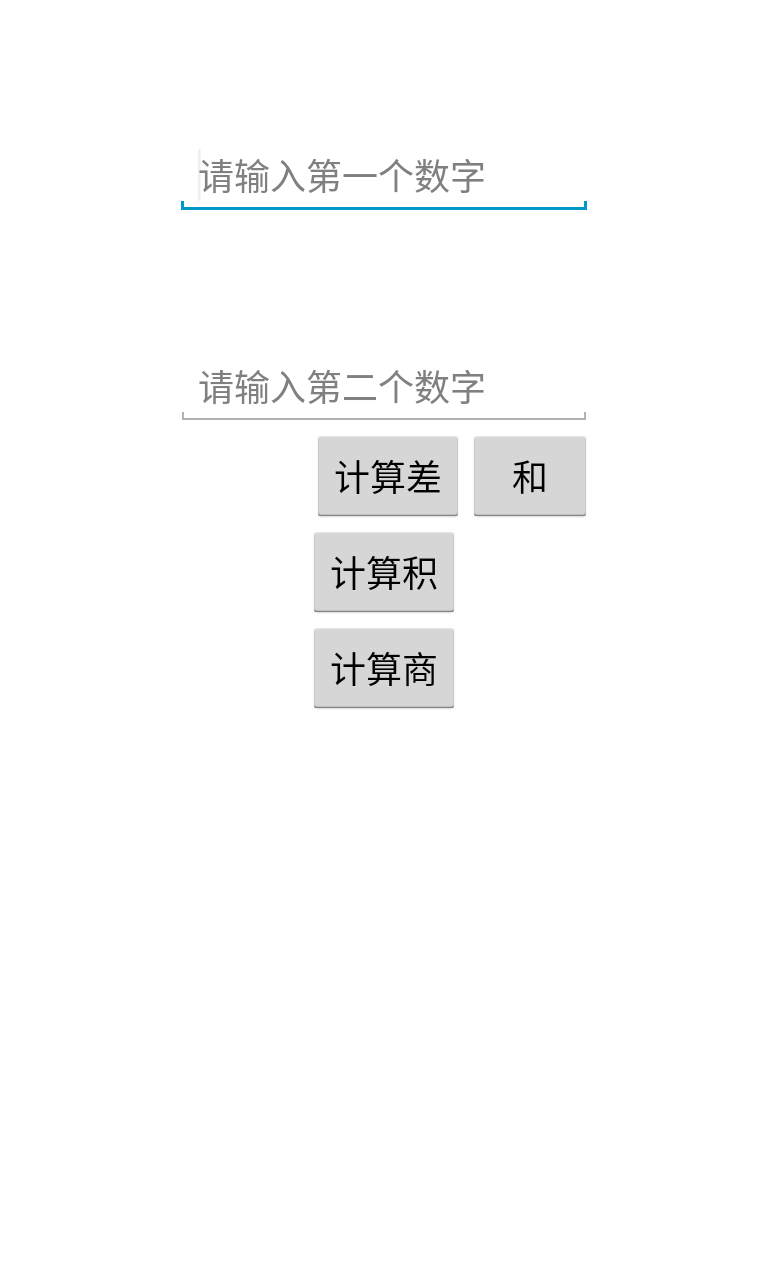
Repository: KungW/windows_learn_java_track
Layout: Caculator/res/layout/activity_main.xml
The author's editor kept a copy of each file at every save. The layout is drawn from the files as they stood at one save, then again after the next save.
It is drawn on a 768 x 1280 px phone screen (xhdpi) without system bars, with theme AppTheme; the app's code is not run.

Above is the layout before, as saved 2016-10-14 07:42:37.

### Caculator/res/layout/activity_main.xml
<RelativeLayout xmlns:android="http://schemas.android.com/apk/res/android"
    xmlns:tools="http://schemas.android.com/tools"
    android:layout_width="match_parent"
    android:layout_height="wrap_content"
    android:paddingBottom="@dimen/activity_vertical_margin"
    android:paddingLeft="@dimen/activity_horizontal_margin"
    android:paddingRight="@dimen/activity_horizontal_margin"
    android:paddingTop="@dimen/activity_vertical_margin"
    tools:context=".MainActivity" >

    <EditText
        android:id="@+id/editText2"
        android:layout_width="wrap_content"
        android:layout_height="wrap_content"
        android:layout_alignLeft="@+id/editText1"
        android:layout_below="@+id/editText1"
        android:layout_marginTop="64dp"
        android:hint="请输入第二个数字"
        android:ems="10" />

    <Button
        android:id="@+id/button1"
        android:layout_width="wrap_content"
        android:layout_height="wrap_content"
        android:layout_below="@+id/editText2"
        android:layout_alignRight="@id/editText2"
        android:text="和" />
    <Button
        android:id="@+id/button2"
        android:layout_width="wrap_content"
        android:layout_height="wrap_content"
        android:layout_below="@+id/editText2"
        android:layout_toLeftOf="@id/button1"
        android:text="计算差" />
    <Button
        android:id="@+id/button3"
        android:layout_width="wrap_content"
        android:layout_height="wrap_content"
        android:layout_below="@id/button2"
        android:layout_centerHorizontal="true"
        android:text="计算积" />
    <Button
        android:id="@+id/button4"
        android:layout_width="wrap_content"
        android:layout_height="wrap_content"
        android:layout_below="@id/button3"
        android:layout_centerHorizontal="true"
        android:text="计算商" />

    <TextView
        android:id="@+id/textView1"
        android:layout_width="wrap_content"
        android:layout_height="wrap_content"
        android:layout_alignParentLeft="true"
        android:layout_alignParentRight="true"
        android:layout_below="@+id/button1"
        android:layout_marginTop="41dp"
        android:textAppearance="?android:attr/textAppearanceLarge" />

    <EditText
        android:id="@+id/editText1"
        android:layout_width="wrap_content"
        android:layout_height="wrap_content"
        android:layout_alignParentTop="true"
        android:layout_centerHorizontal="true"
        android:layout_marginTop="51dp"
        android:ems="10"
        android:hint="请输入第一个数字" >

        <requestFocus />
    </EditText>

</RelativeLayout>

Loaded but not shown: Caculator/res/values/styles.xml (common file); Caculator/res/values-v11/styles.xml (common file); Caculator/res/values-v14/styles.xml (common file); Caculator/res/values/dimens.xml (common file)

After the next save:
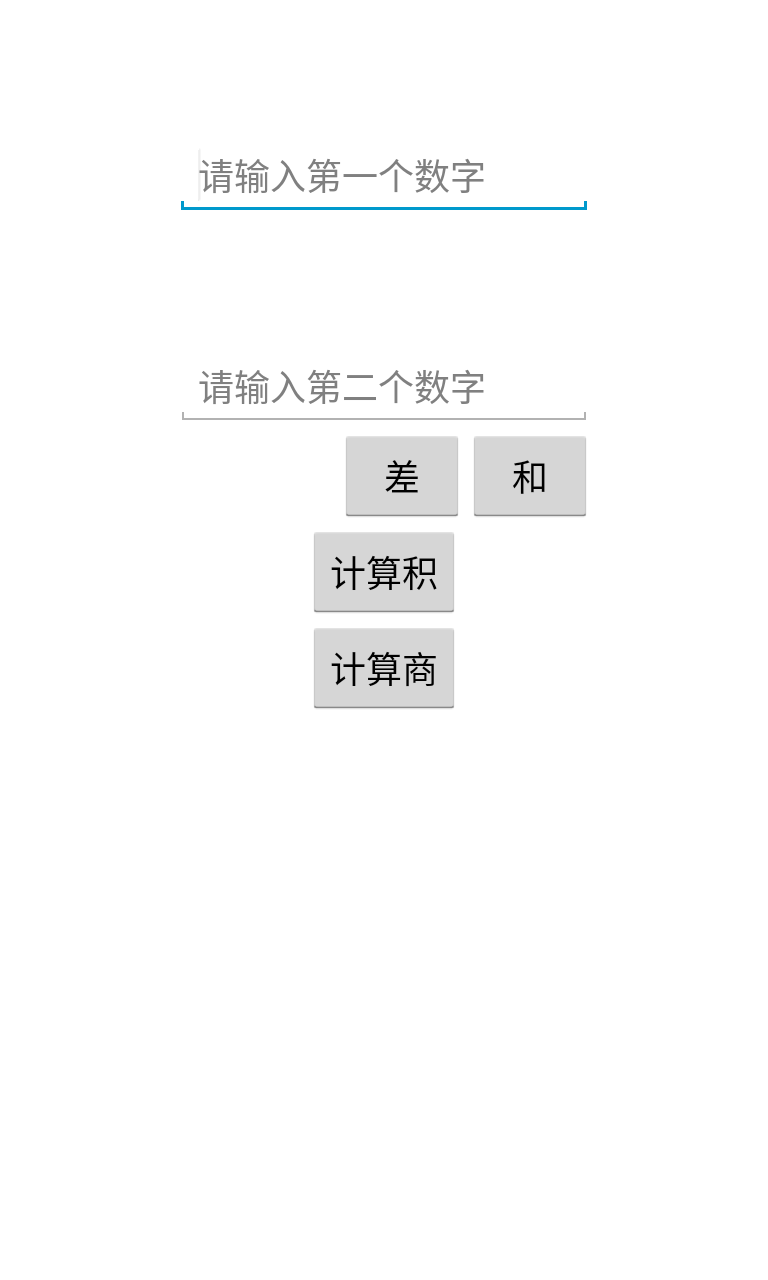
Saved 22 s later.
--- a/Caculator/res/layout/activity_main.xml
+++ b/Caculator/res/layout/activity_main.xml
@@ -31,7 +31,7 @@
         android:layout_height="wrap_content"
         android:layout_below="@+id/editText2"
         android:layout_toLeftOf="@id/button1"
-        android:text="计算差" />
+        android:text="差" />
     <Button
         android:id="@+id/button3"
         android:layout_width="wrap_content"
